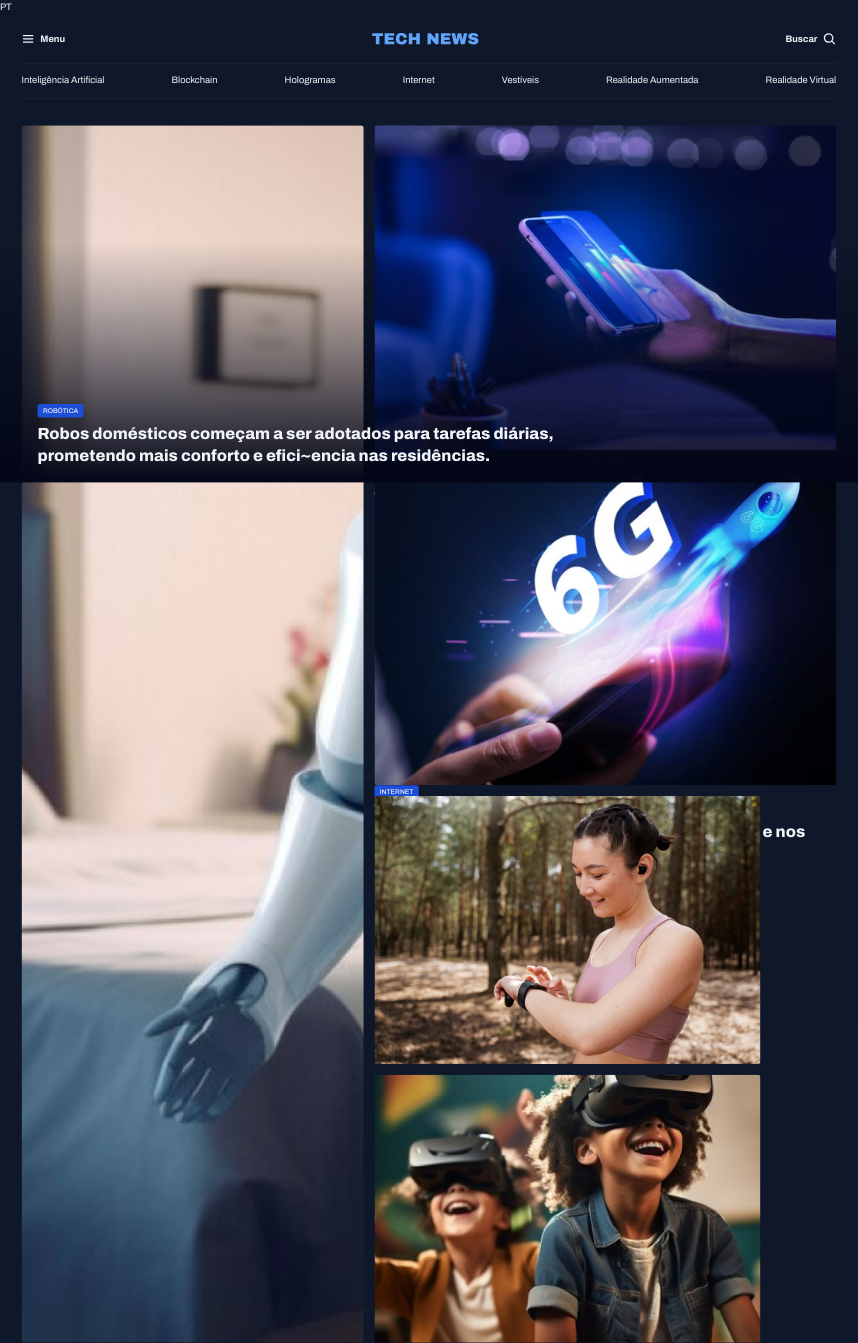
Repository: JeffRodFer/portalDeNoticias
Page: index.html
An editor plug-in stored every save of this project. The page is shown before and after a run of saves, followed by the edit.
The browser window is 1280 px wide. The pictures show the whole page, at 67% of full size.

Above is the page before, as saved 2025-04-15 21:58:10.

### index.html
PT<!DOCTYPE html>
<html lang="pt-BR">
  <head>
    <link rel="preconnect" href="https://fonts.googleapis.com">
  <link rel="preconnect" href="https://fonts.gstatic.com" crossorigin>
  <meta charset="UTF-8">
  <meta name="viewport" content="width=device-width, initial-scale=1.0">
  <title>Portal de Notícias</title>
  <link rel="stylesheet" href="styles/index.css">

  <link href="https://fonts.googleapis.com/css2?family=Archivo:ital,wght@0,100..900;1,100..900&family=Bree+Serif&family=Poppins:wght@400;700&display=swap" rel="stylesheet">

</head>
<body>
  <header class="container">
    <nav id="primary" class="grid grid-flow-col">
      <div>
        <img src="assets/icons/List.svg" alt="ícone de menu">
        <strong>Menu</strong>
      </div>
        <div>
          <img src="assets/Logo (1).svg" alt="TechNews logo">
        </div>
        <div>
          <strong>Buscar</strong>
          <img src="assets/icons/MagnifyingGlass.svg" alt="ícone de lupa para pesquisa">
        </div>
    </nav>
    <nav id="secondary" class="grid grid-flow-col">
      <a href="#">Inteligência Artificial</a>
      <a href="#">Blockchain</a>
      <a href="#">Hologramas</a>
      <a href="#">Internet</a>
      <a href="#">Vestíveis</a>
      <a href="#">Realidade Aumentada</a>
      <a href="#">Realidade Virtual</a>
    </nav>
  </header>
  <main class="grid container">
    <section id="featured" class="grid grid-flow-col gap-16">
      <figure class="card">
        <img src="assets/images/Image 01.png" alt="">

        <figcaption>
          <span class="content-tag">robótica</span>
          <h2 class="text-2xl">
            Robos domésticos começam a ser adotados para tarefas diárias, <br> prometendo mais conforto e efici~encia nas residências.
          </h2>
        </figcaption>
      </figure>
      <div class="grid grid cols-2 gap-16">
        <figure>
          <img src="assets/images/Image 02.png" alt="Novo Smartphone Projetor 3D chega ao mercado, transformando a forma como vemos as nossas telas!">

          <figcaption>
            <span class="content-tag">Hologramas</span>
            <h2 class="text-2xl">
              Novo Smartphone Projetor 3D chega ao mercado, transformando a forma como vemos as nossas telas!
            </h2>
          </figcaption>
        </figure>
        <figure>
          <img src="assets/images/Image 03.png" alt="">

          <figcaption>
            <span class="content-tag">Internet</span>
            <h2 class="text-2xl">
            Tecnologia 3D chega as metropoles brasileiras, prometendo revolucionar a forma como vivemos e nos
            </h2>
          </figcaption>
      </figure>
        <figure>
          <img src="assets/images/Image 04.png" alt="">
        </figure>
        <figure>
          <img src="assets/images/Image 05.png" alt="">
        </figure>
      </div>
    </section>
  </main>
</body>
</html>

### styles/global.css
* {
  margin: 0;
  padding: 0;
  box-sizing: border-box;
}

:root {
  --brand-color-light: #60a5fa ;
  --brand-color-dark: #1d4ed8;
  --bg-color: #0f172a;
  --stroke-color: #1e293b;
  --text-color-primary: #f1f5f9;
  --text-color-secondary: #cbd5e1;

  --font-family: 'Archivo', sans-serif;
  --h1: 800 24px/135% var(--font-family);
  --h2: 800 16px/140% var(--font-family);
  --h3: 800 14px/140% var(--font-family);
  --text-span: 400 16px/140% var(--font-family);
  --text: 400 14px/160% var(--font-family);

}

body {
  font: var(--text);
  color: var(--text-color-primary);
  background-color: var(--bg-color);
}

a {
  text-decoration: none;
  color: inherit;
}

a:hover {
  color: var(--brand-color-light);
}

h1,h2,h3 {
  font:inherit;
}

img {
  max-width: 100%;
}

.container {
  max-width: 1280px;
  padding-inline: 32px;
  margin-inline: auto;
}
main {
  margin-top: 40px ;
}
.content-tag {
  display: inline-block;
  background-color: var(--brand-color-dark);
  padding: 4px 8px;
  border-radius: 4px;
  font: 500 10px/1.2 var(--font-family);
  text-transform: uppercase;
  color: var(--text-color-primary);
  box-shadow: 0px 4px 16px rgba(2, 3, 23, 0.251);
}

### styles/utility.css
/* utility-first */
.grid {
  display: grid;
}
.grid-flow-col {
  grid-auto-flow: column;
}

.grid-cols-2 {
  grid-template-columns: 1fr 1fr;
}

.gap-16 {
  gap: 16px;
}

.text-2xl {
  font: var(--h1);
}
.text-2x {
  font: var(--h2);
}
.text-lg {
  font: var(--h3);
}
.text-sm {
  font: var(--text-sm);
}

### styles/header.css
#primary {
  padding-block: 20px;

  div {
    display: flex;
    align-items: center;
    gap: 8px;
  }

  /* nesting css */
  div:nth-child(2) {
    margin-inline: auto;
}
div:nth-child(3) {
  justify-self: end;
}
}
#secondary {
  padding-block: 14px;
  border: solid 1px var(--stroke-color);
  border-inline: none;
  justify-content: space-between;
}

### styles/sections.css
#featured {
  img {
    height: 100%;
    object-fit: cover;
    border-radius: 4px;
  }
.card {
  border-radius: 4px;
  overflow: hidden;
  object-fit: relative;

  &::before {
   content: "";
   position: absolute;
   inset: 0;
   top: 50%;
   background: linear-gradient(
    180deg,
    transparent 0%,
    #020617 100%
   );
  }
  figcaption {
    position: absolute;
    bottom: 0;

    padding: 24px;

    h2 {
      margin-top: 8px;
    }
  }
}
}

Loaded but not shown: styles/index.css (common file)

After the next 2 saves:
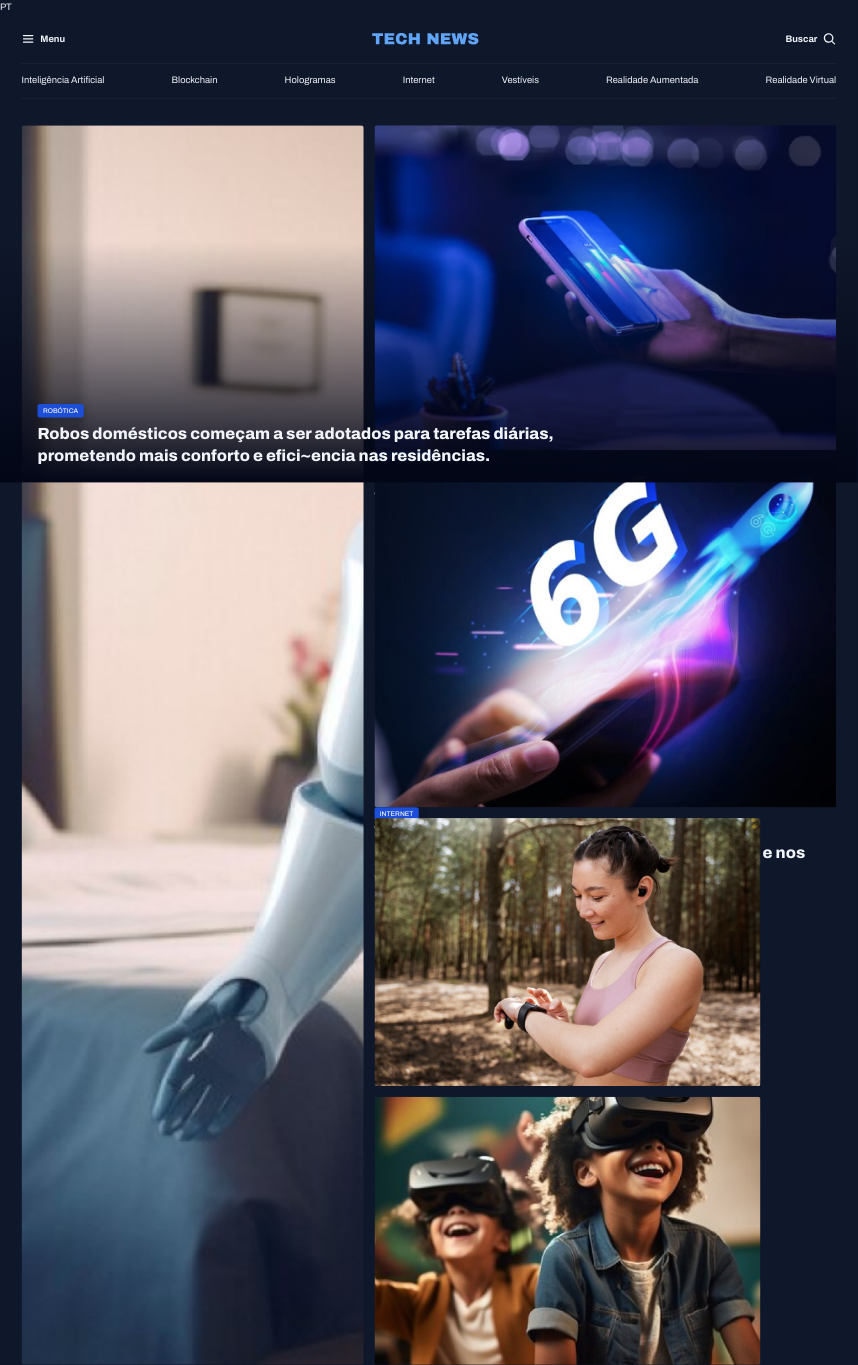
The 2 saves are shown as one change because they came seconds apart.
The last was saved 6 s later.
--- a/index.html
+++ b/index.html
@@ -65,7 +65,7 @@ PT<!DOCTYPE html>
           <figcaption>
             <span class="content-tag">Internet</span>
             <h2 class="text-2xl">
-            Tecnologia 3D chega as metropoles brasileiras, prometendo revolucionar a forma como vivemos e nos
+            Tecnologia 3D chega as metropoles brasileiras, prometendo revolucionar a forma como vivemos e nos comunicamos.
             </h2>
           </figcaption>
       </figure>
